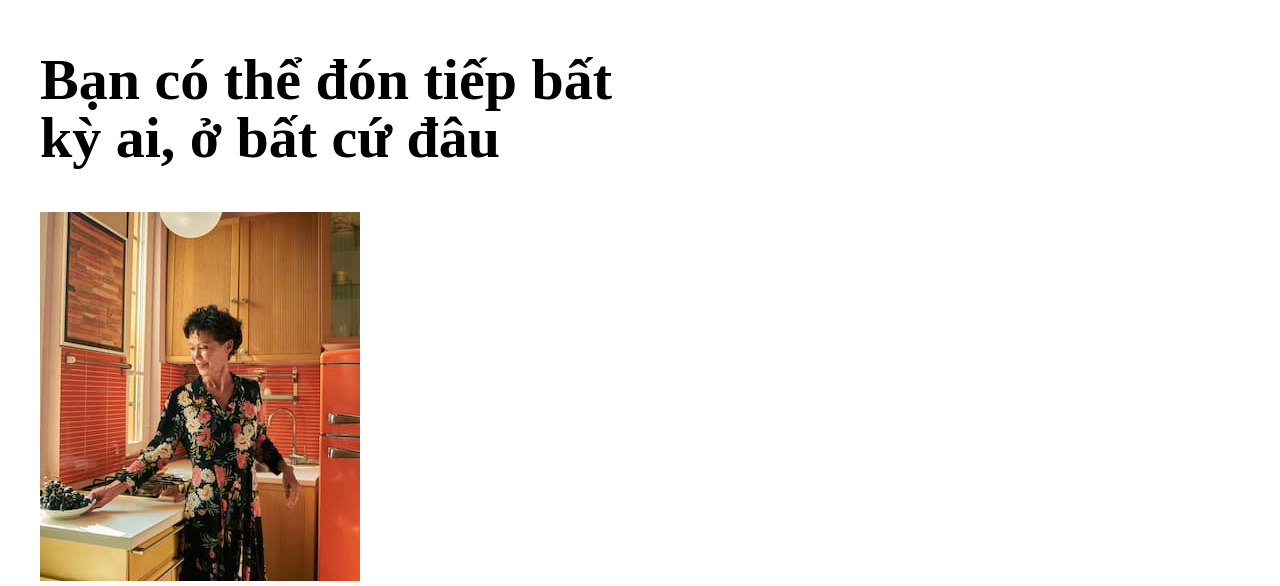
Repository: HoanTiny/AirbnbClone
Page: page3.html
An editor plug-in stored every save of this project. The page is shown before and after the next save, followed by the edit.
The browser window is 1280 px wide. The pictures show the part of the page from y = 720 to 1306 px (the page is 1306 px tall).

Above is the page before, as saved 2021-09-13 09:42:10.

After the next save:
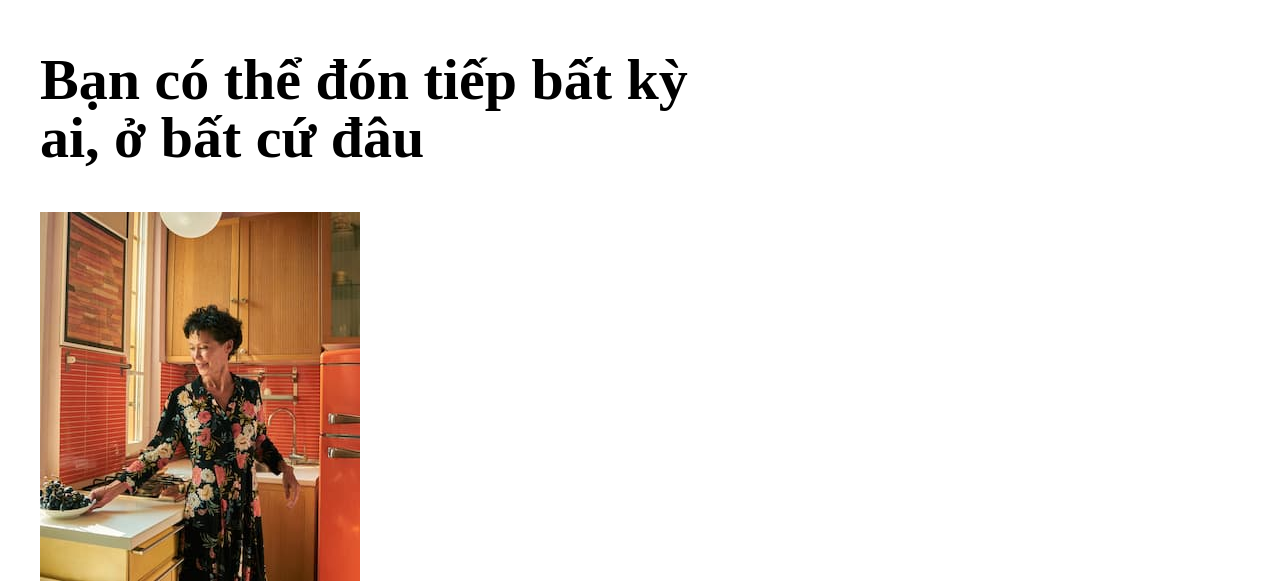
Saved 6 s later.
--- a/acess/css/mainpage3.css
+++ b/acess/css/mainpage3.css
@@ -80,5 +80,5 @@ body {
     font-size: 5.8rem;
     line-height: 5.8rem;
     text-align: left;
-    width: 50%;
+    width: 60%;
 }
